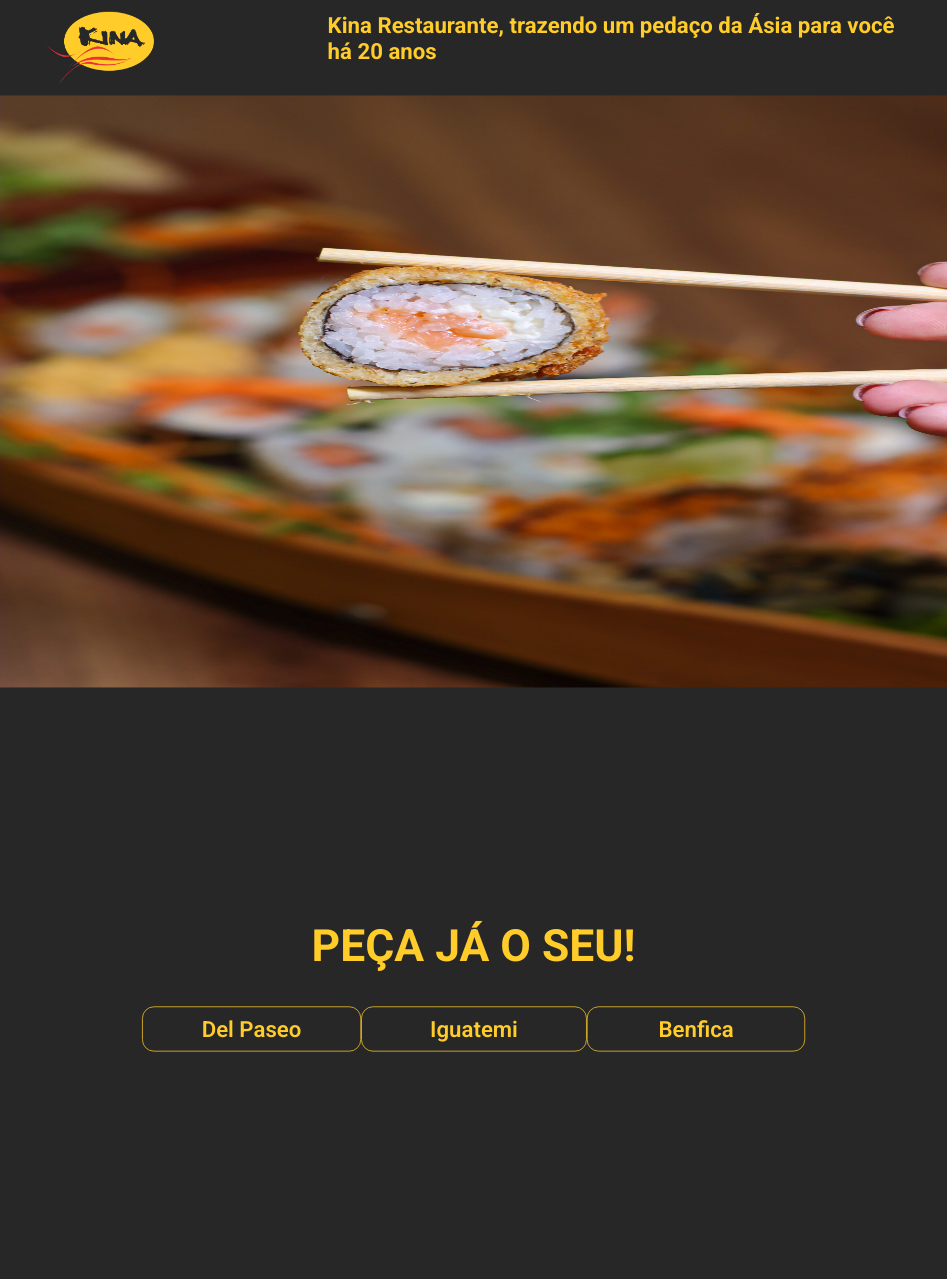
Repository: chidekina/kina-page
Page: index.html
These files come from the project's save history. The page is drawn as it stood at one moment and after the next save; the edit follows.
The browser window is 1280 px wide. The pictures show the whole page, at 74% of full size.

Above is the page before, as saved 2025-03-20 16:47:29.

After the next save:
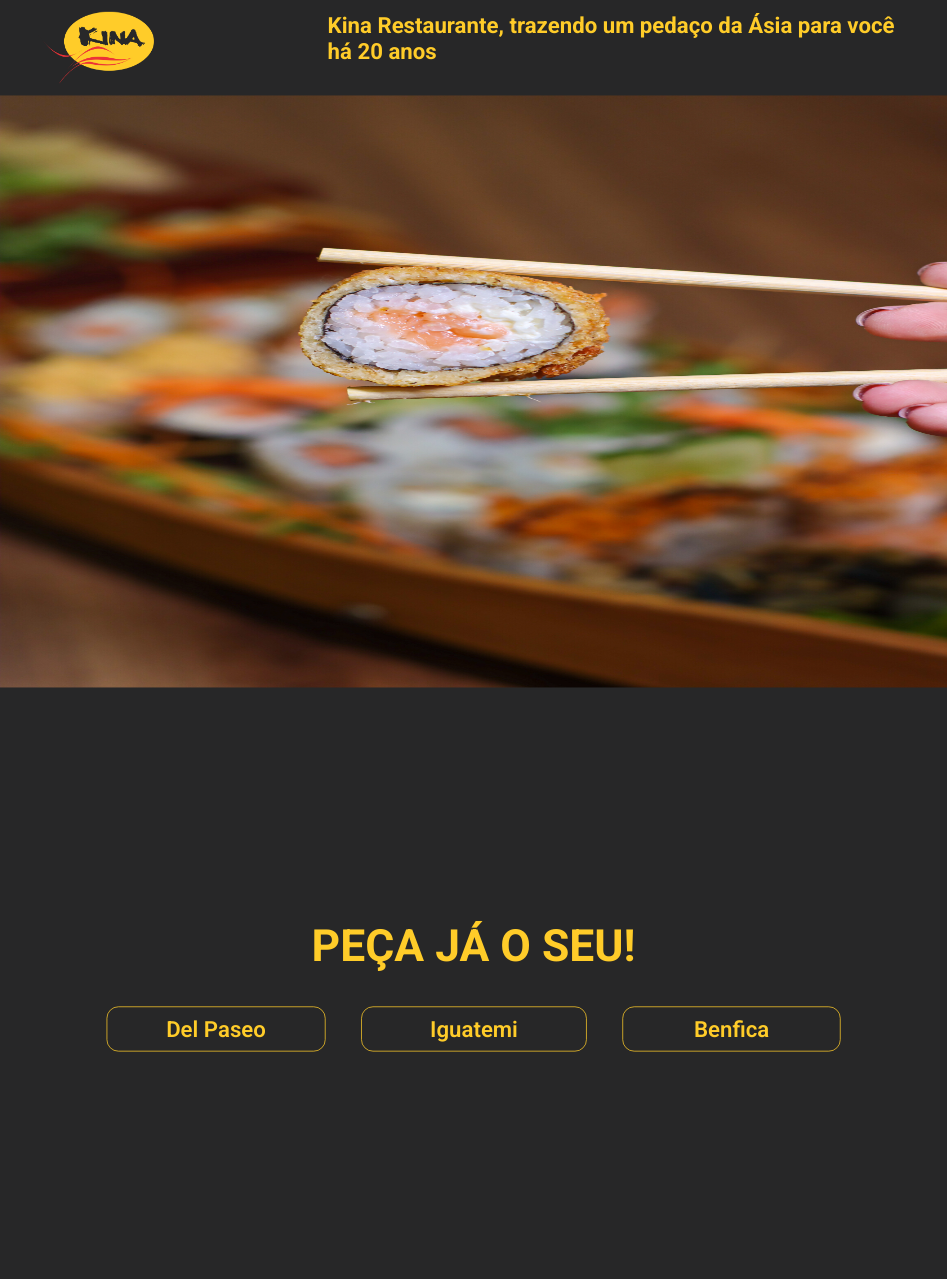
Saved 4 s later.
--- a/index.html
+++ b/index.html
@@ -23,7 +23,7 @@
     <img src="/assets/pictures/IMG_5172.JPG" class="w-full h-200">
     <div class="flex justify-center items-center h-200 flex-col">
         <h1 class="font-bold text-6xl mb-16">PEÇA JÁ O SEU!</h1>
-        <ul class="flex">
+        <ul class="flex gap-12">
             <li>
                 <a href="https://www.ifood.com.br/delivery/fortaleza-ce/kina-del-paseo-aldeota/053acccc-102c-4b47-b6df-b3ddc8d6c0f6"
                 target="_blank" class="font-semibold text-3xl border rounded-2xl py-3 px-20 w-104">
